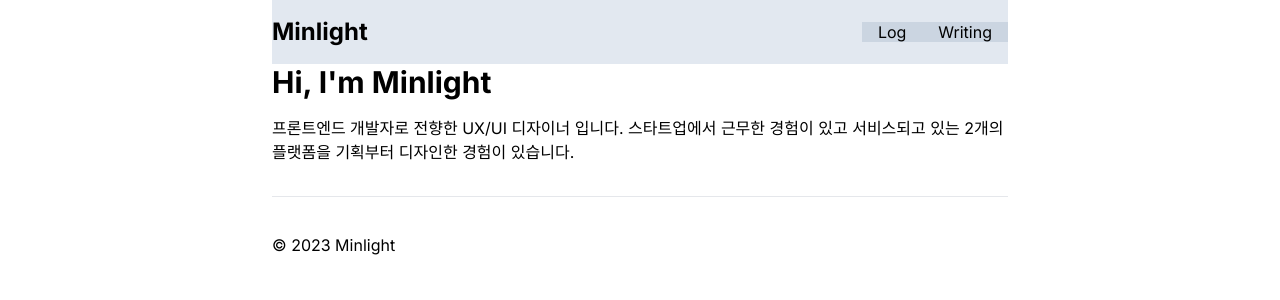
Repository: kwngmin/minlight-log
Page: /
An editor plug-in stored every save of this project. The page is shown before and after the next save, followed by the edit.
The browser window is 1280 px wide. The pictures show the whole page.
The project was rebuilt for these pictures with package versions that can differ from the ones it lists, and the page was loaded fresh each time. The framework's server and built-in components were replaced by stand-ins that run in the browser. Also part of the build but not shown: next.config.js.

Above is the page before, as saved 2023-04-04 15:41:08.

### src/app/layout.tsx
import "./globals.css";
import Footer from "@/components/Footer";
import Header from "@/components/Header";

import { Inter } from "next/font/google";
const inter = Inter({ subsets: ["latin"] });

export const metadata = {
  title: {
    default: "Minlight",
    template: "Minlight | %s",
  },
  description: "Minlight log",
};

export default function RootLayout({
  children,
}: {
  children: React.ReactNode;
}) {
  return (
    <html lang="en" className={inter.className}>
      <body className="flex flex-col max-w-screen-md mx-auto px-4">
        <Header />
        <main className="grow">{children}</main>
        <Footer />
      </body>
    </html>
  );
}

### src/app/page.tsx
export default function Home() {
  return (
    <section>
      <h1 className="text-3xl font-bold mb-4">{`Hi, I'm Minlight`}</h1>
      <p>
        프론트엔드 개발자로 전향한 UX/UI 디자이너 입니다. 스타트업에서 근무한
        경험이 있고 서비스되고 있는 2개의 플랫폼을 기획부터 디자인한 경험이
        있습니다.
      </p>
    </section>
  );
}

### src/app/globals.css
@tailwind base;
@tailwind components;
@tailwind utilities;

* {
  box-sizing: border-box;
  padding: 0;
  margin: 0;
}
/*
:root {
  --max-width: 1100px;
  --border-radius: 12px;
  --font-mono: ui-monospace, Menlo, Monaco, "Cascadia Mono", "Segoe UI Mono",
    "Roboto Mono", "Oxygen Mono", "Ubuntu Monospace", "Source Code Pro",
    "Fira Mono", "Droid Sans Mono", "Courier New", monospace;

  --foreground-rgb: 0, 0, 0;
  --background-start-rgb: 214, 219, 220;
  --background-end-rgb: 255, 255, 255;

  --primary-glow: conic-gradient(
    from 180deg at 50% 50%,
    #16abff33 0deg,
    #0885ff33 55deg,
    #54d6ff33 120deg,
    #0071ff33 160deg,
    transparent 360deg
  );
  --secondary-glow: radial-gradient(
    rgba(255, 255, 255, 1),
    rgba(255, 255, 255, 0)
  );

  --tile-start-rgb: 239, 245, 249;
  --tile-end-rgb: 228, 232, 233;
  --tile-border: conic-gradient(
    #00000080,
    #00000040,
    #00000030,
    #00000020,
    #00000010,
    #00000010,
    #00000080
  );

  --callout-rgb: 238, 240, 241;
  --callout-border-rgb: 172, 175, 176;
  --card-rgb: 180, 185, 188;
  --card-border-rgb: 131, 134, 135;
}

@media (prefers-color-scheme: dark) {
  :root {
    --foreground-rgb: 255, 255, 255;
    --background-start-rgb: 0, 0, 0;
    --background-end-rgb: 0, 0, 0;

    --primary-glow: radial-gradient(rgba(1, 65, 255, 0.4), rgba(1, 65, 255, 0));
    --secondary-glow: linear-gradient(
      to bottom right,
      rgba(1, 65, 255, 0),
      rgba(1, 65, 255, 0),
      rgba(1, 65, 255, 0.3)
    );

    --tile-start-rgb: 2, 13, 46;
    --tile-end-rgb: 2, 5, 19;
    --tile-border: conic-gradient(
      #ffffff80,
      #ffffff40,
      #ffffff30,
      #ffffff20,
      #ffffff10,
      #ffffff10,
      #ffffff80
    );

    --callout-rgb: 20, 20, 20;
    --callout-border-rgb: 108, 108, 108;
    --card-rgb: 100, 100, 100;
    --card-border-rgb: 200, 200, 200;
  }
}

* {
  box-sizing: border-box;
  padding: 0;
  margin: 0;
}

html,
body {
  max-width: 100vw;
  overflow-x: hidden;
}

body {
  color: rgb(var(--foreground-rgb));
  background: linear-gradient(
      to bottom,
      transparent,
      rgb(var(--background-end-rgb))
    )
    rgb(var(--background-start-rgb));
}

a {
  color: inherit;
  text-decoration: none;
}

@media (prefers-color-scheme: dark) {
  html {
    color-scheme: dark;
  }
} */

### src/components/Footer.tsx
export default function Footer() {
  return (
    <section className="h-24 flex items-center border-t mt-8">
      © 2023 Minlight
    </section>
  );
}

### src/components/Header.tsx
import Link from "next/link";

const navList = [
  { name: "Log", url: "/log" },
  { name: "Writing", url: "/log" },
];

export default function Header() {
  return (
    <section className="h-16 bg-slate-200 flex items-center justify-between">
      <Link href="/" className="text-2xl font-bold">
        Minlight
      </Link>
      <nav className="">
        {navList.map(({ name, url }) => (
          <Link href={url} key={name} className="px-4 bg-slate-300">
            {name}
          </Link>
        ))}
      </nav>
    </section>
  );
}

Loaded but not shown: tailwind.config.js (common file)

After the next save:
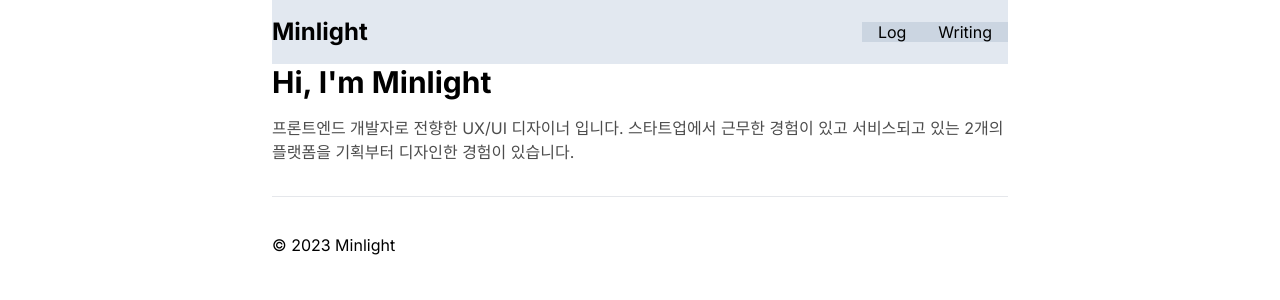
Saved 25 s later.
--- a/src/app/page.tsx
+++ b/src/app/page.tsx
@@ -2,7 +2,7 @@ export default function Home() {
   return (
     <section>
       <h1 className="text-3xl font-bold mb-4">{`Hi, I'm Minlight`}</h1>
-      <p>
+      <p className="text-black/70">
         프론트엔드 개발자로 전향한 UX/UI 디자이너 입니다. 스타트업에서 근무한
         경험이 있고 서비스되고 있는 2개의 플랫폼을 기획부터 디자인한 경험이
         있습니다.
